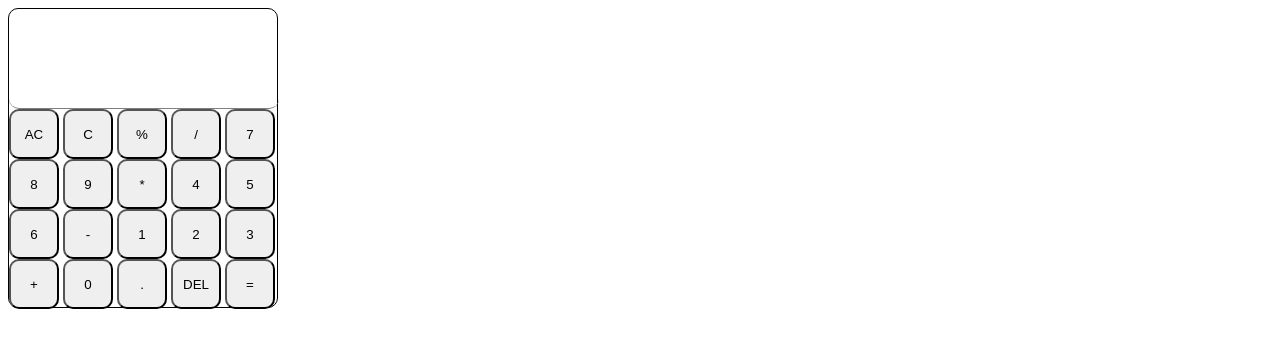
Repository: baziz22/Vanilla_JS_Projects
Page: claculator/index.html
These files come from the project's save history. The page is drawn as it stood at one moment and after the next save; the edit follows.
The browser window is 1280 px wide. The pictures show the whole page.

Above is the page before, as saved 2022-03-02 02:17:12.
Console error: SyntaxError: Malformed arrow function parameter list

### claculator/index.html
<!DOCTYPE html>
<html lang="en">
  <head>
    <meta charset="UTF-8" />
    <meta http-equiv="X-UA-Compatible" content="IE=edge" />
    <meta name="viewport" content="width=device-width, initial-scale=1.0" />
    <link rel="stylesheet" href="style.css" />
    <script src="script.js" defer></script>
    <title>Calculator</title>
  </head>
  <body>
    <div class="container">
      <div class="wrapper">
        <div id="result">
          <div id="equation"></div>
          <div id="total"></div>
        </div>

        <button class="btn" all-clear>AC</button>
        <button class="btn" last-entity-clear>C</button>
        <button class="btn" operation>%</button>
        <button class="btn" operation>/</button>
        <button class="btn" number>7</button>
        <button class="btn" number>8</button>
        <button class="btn" number>9</button>
        <button class="btn" operation>*</button>
        <button class="btn" number>4</button>
        <button class="btn" number>5</button>
        <button class="btn" number>6</button>
        <button class="btn" operation">-</button>
        <button class="btn" number>1</button>
        <button class="btn" number>2</button>
        <button class="btn" number>3</button>
        <button class="btn" operation>+</button>
        <button class="btn" number>0</button>
        <button class="btn" number dot>.</button>
        <button class="btn" value="del" id="delete">DEL</button>
        <button class="btn" equal>=</button>
      </div>
    </div>
  </body>
</html>

### claculator/style.css
* {
  padding: 0;
  box-sizing: border-box;
}
.wrapper {
  border: 1px solid black;
  border-radius: 10px;
  width: 270px;
  height: 300px;
}
button {
  width: 50px;
  height: 50px;
  border-radius: 10px;
}
#result {
  width: 270px;
  height: 100px;
  border-bottom: 1px solid gray;
  border-radius: 10px;
}

### claculator/script.js
const output = document.getElementById('output');
const total = document.getElementById('total');
const reset = document.getElementById('ac');
const btn = document.querySelectorAll('.btn');
const operants = ['=', '+', '-', '*', '/'];
const equalOperation = '=';
function clear() {}
function digitDelete() {}
const operantValue = function (arg, operant) {
  let theOperant = '';
  //console.log('args: ', arg);
  operant.forEach((element, i) => {
    //console.log(i + '. ' + element);
    //console.log('opernat: ', operant);
    if (operant[i] === arg[0]) {
      console.log('this is the operant', operant[i]);
      theOperant = operant[i];
    }
  });
  return theOperant;
};

function appendNumber(d) {
  let digits = [];
  let saveOperants = [];
  let saveDigits = [];
  let outputContents = '';
  console.log('print: ', d);
  if (d.value !== equalOperation) {
    digits.push(d.value);
    let g = operantValue(digits, operants);
    console.log('g: ', g);
    //console.log('digits: ', digits);
    output.innerHTML += digits;
    if (d.value !== g) {
      outputContents += output.textContent;
      console.log(outputContents);
      //saveOutputDigit = outputContents;
      //console.log('s: ',saveOutputDigit);
      out = outputContents.concat();
      console.log('out: ', out);
    }
    if (d.value === g) {
      outputContents = '';
      //saveOutputDigit = '';
      saveOperants.push(g);
      saveDigits.push(Number(out));
      console.log('2. OutputContents: ', out);
      console.log('saveDigits: ', saveDigits);
      //reset outputContent\
      console.log('saveOperants: ', saveOperants);
      //operantValue(digits, operants);
    }
  } else {
    compute();
  }
}
function chooseOperation(operation) {}
function compute() {
  console.log('Final Result');
}
function updateDisplay() {}
let out = '';
let saveOutputDigit = '';


  btn.forEach(element => {
    element.addEventListener('click', appendNumber(element) => {element.value});
  });

After the next save:
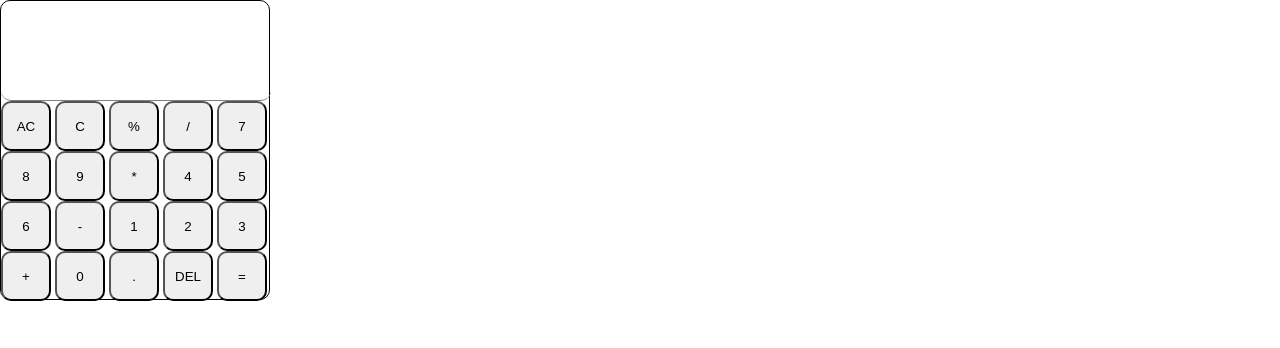
Saved 12 s later.
--- a/claculator/style.css
+++ b/claculator/style.css
@@ -1,5 +1,6 @@
 * {
-  padding: 0;
+  margin: 0;
+
   box-sizing: border-box;
 }
 .wrapper {

After the save that followed:
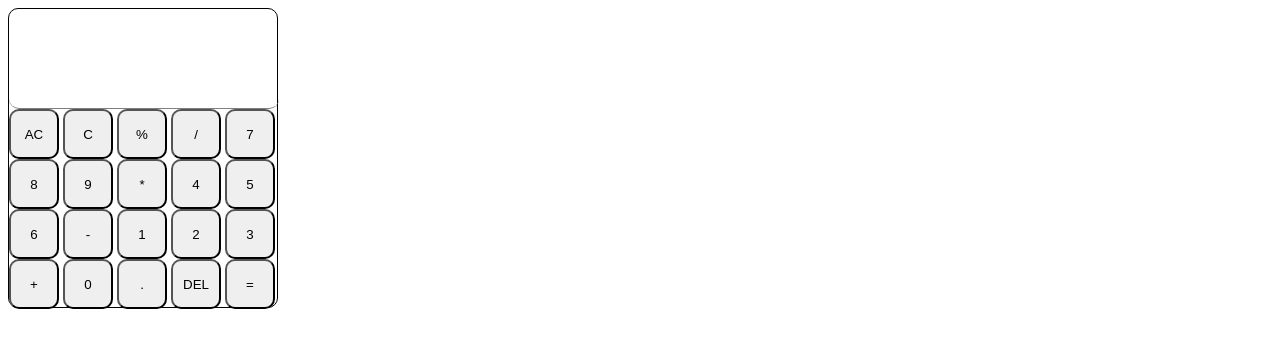
Saved 10 s later.
--- a/claculator/style.css
+++ b/claculator/style.css
@@ -1,6 +1,4 @@
 * {
-  margin: 0;
-
   box-sizing: border-box;
 }
 .wrapper {
